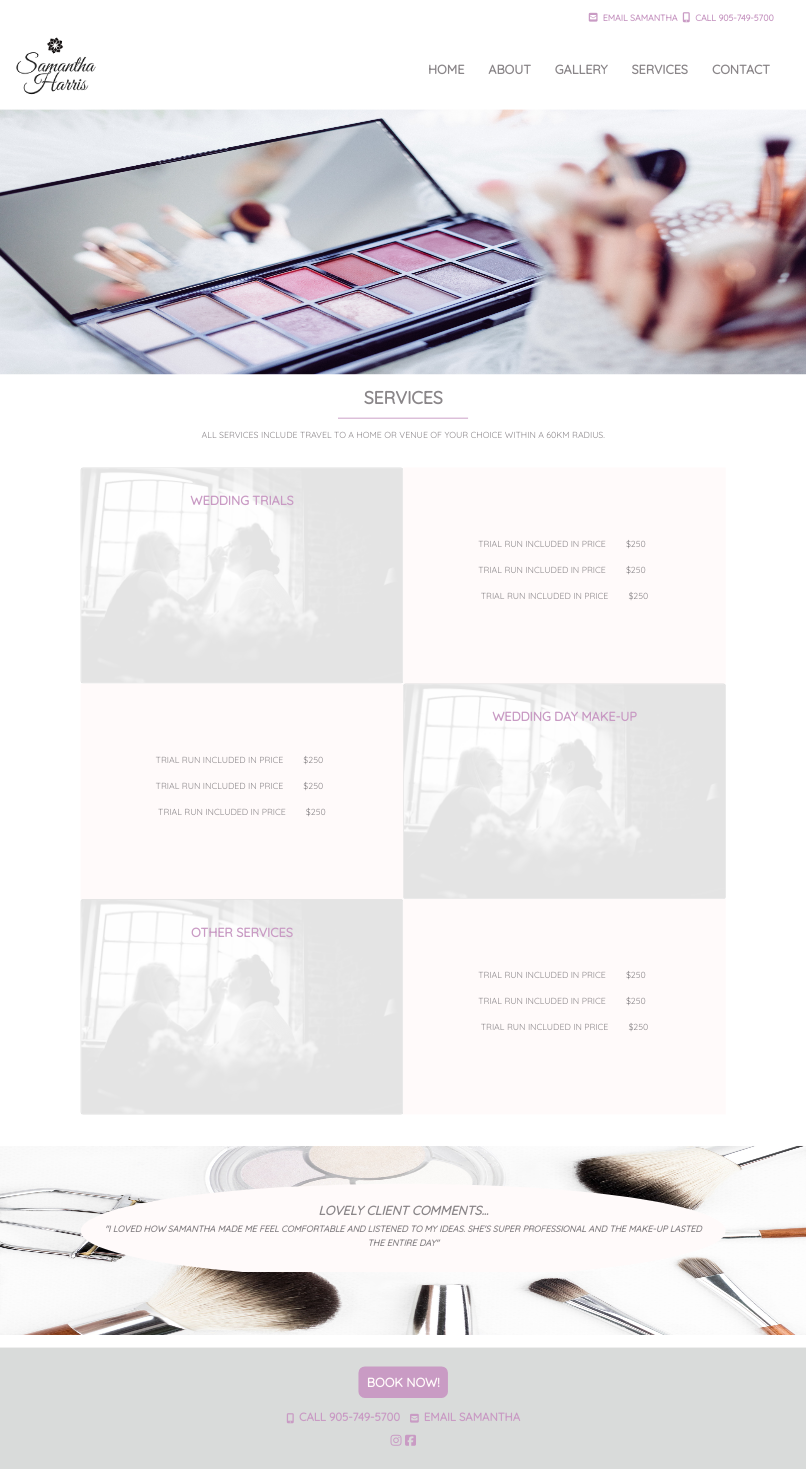
Repository: JayneyNix/milestone-1-UCFD
Page: services.html
The author's editor kept a record of every edit. The page is drawn from the files as they stood at one moment, then again after the next edit.
The browser window is 1280 px wide. The pictures show the whole page, at 63% of full size.
Some web libraries are served in a nearby version.

Above is the page before.

### services.html
<!DOCTYPE html>
<html lang="en">

<head>
    <meta charset="UTF-8">
    <meta name="viewport" content="width=device-width, initial-scale=1.0">
    <meta http-equiv="X-UA-Compatible" content="ie=edge">
    <title>Services | Professional Bridal Make-Up | Samantha Harris</title>
    <script src="https://code.jquery.com/jquery-3.3.1.slim.min.js" integrity="sha384-q8i/X+965DzO0rT7abK41JStQIAqVgRVzpbzo5smXKp4YfRvH+8abtTE1Pi6jizo" crossorigin="anonymous"></script>
    <link href="https://stackpath.bootstrapcdn.com/bootstrap/4.3.1/css/bootstrap.min.css" rel="stylesheet" integrity="sha384-ggOyR0iXCbMQv3Xipma34MD+dH/1fQ784/j6cY/iJTQUOhcWr7x9JvoRxT2MZw1T" crossorigin="anonymous" type="text/css">
    <link rel="stylesheet" href="https://cdnjs.cloudflare.com/ajax/libs/hover.css/2.3.1/css/hover-min.css" type="text/css">
    <link rel="stylesheet" href="https://fonts.googleapis.com/css?family=Quicksand">
    <script src="https://kit.fontawesome.com/26094534a3.js" crossorigin="anonymous"></script>
    <link rel="stylesheet" href="Assets/style.css" class="text/css">
</head>

<body>
    <!--Navigation-->

    <div class="fixed-header d-flex flex-row-reverse mt-2 pr-5 align-items-center">
        <div class="p-1 call-text mt-2">
            <a class="call-header" href="tel:905-749-5700" target="-blank">
                <h5 class="h5 headings"><span class="number">Call 905-749-5700</span></h5>
            </a>
        </div>
        <div class="p-1 call-icon"><a class="call-header" href="tel:905-749-5700" target="-blank"><i class="fas fa-mobile-alt" aria-hidden="true"></i></a>
        </div>
        <div class="p-1 email-text mt-2">
            <a class="email-header" href="mailto:bookings@samanthaharris.ca" target="-blank">
                <span class="call"><h5 class="h5 headings">Email Samantha</h5></span>
            </a>
        </div>
        <div class="p-1 email-icon"><a class="email-header" href="mailto:bookings@samanthaharris.ca" target="-blank"><i class="fas fa-envelope-square" aria-hidden="true"></i></a>
        </div>
    </div>


    <div class="container-fluid nav-container no-padding" role="navigation">
        <nav class="navbar navbar-light navbar-expand-lg">

            <a class="navbar-brand" href="index.html">
                <img src="Assets/logo.png" class="d-inline-block align-top"
      alt="samantha-harris-logo"/>
      </a>

            <button class="navbar-toggler ml-auto" type="button" data-toggle="collapse" data-target="#navbarNavDropdown" aria-controls="navbarNavDropdown" aria-expanded="false" aria-label="Toggle navigation">
          <span class="navbar-toggler-icon"></span>
      </button>
            <div class="collapse navbar-collapse" id="navbarNavDropdown">
                <ul class="navbar-nav navbar-default ml-auto">
                    <li class="nav-item">
                        <a class="nav-link active" href="index.html">Home</a>
                    </li>
                    <li class="nav-item">
                        <a class="nav-link" href="about.html">About</a>
                    </li>
                    <li class="nav-item">
                        <a class="nav-link" href="gallery.html">Gallery</a>
                    </li>
                    <li class="nav-item">
                        <a class="nav-link" href="services.html">Services</a>
                    </li>
                    <li class="nav-item last">
                        <a class="nav-link" href="contact.html">Contact</a>
                    </li>
                </ul><br>
            </div>
        </nav>
    </div>

    <!--Navigation-->

    <!--Introduction-->

    <div class="container-fluid services-main-banner no-padding">
        <div class="row no-gutters">
            <div class="col-sm-12">
                <img src="Assets/make-up-palette.jpg" class="img-fluid services-image w-100" alt="about-page-banner-image" />

            </div>
        </div>
    </div>

    <div class="container-fluid intro-section no-padding text-center">
        <div class="row no-gutters">
            <div class="col-sm-12 col-md-12-offset-3">
                <h1 class="h1 headings">Services</h1>
                <hr class="line">
                <p class="p headings">All services include travel to a home or venue of your choice within a 60km radius.</p><br>
            </div>

        </div>

    </div>

    <!--Introduction-->

    <!--Services Section-->

   <div class="container services-container text-center">
        <div class="row pricing-row d-flex justify-content-center no-gutter">
            <div class="card services-heading col-md-6 d-flex align-content-center flex-wrap">
                <img class="card-img img-fluid" src="Assets/make-up-artist-and-bride-facing-eachother.jpg" alt="card-background">
                <div class="card-img-overlay">
                    <h2 class="card-title h2 headings">Wedding Trials</h2>
                </div>
            </div>

            <div class="services-text col-md-6 col-sm-order-2 d-flex align-content-center flex-wrap">
                <ul class="list-inline p headings">
                    <li class="list-inline-item">Trial Run included in price</li>
                    <li class="list-inline-item">$250</li>
                    <li class="list-inline-item">Trial Run included in price</li>
                    <li class="list-inline-item">$250</li>
                    <li class="list-inline-item">Trial Run included in price</li>
                    <li class="list-inline-item">$250</li>
</ul>
            </div>
        </div>
        <div class="row pricing-row d-flex justify-content-center no-gutter">
            <div class="services-text col-md-6 col-sm-push-6 d-flex align-content-center flex-wrap">
                <ul class="list-inline p headings">
                    <li class="list-inline-item">Trial Run included in price</li>
                    <li class="list-inline-item">$250</li>
                    <li class="list-inline-item">Trial Run included in price</li>
                    <li class="list-inline-item">$250</li>
                    <li class="list-inline-item">Trial Run included in price</li>
                    <li class="list-inline-item">$250</li>
                    </ul>
            </div>

            <div class="card services-heading col-md-6 col-sm-push-6 d-flex align-content-center flex-wrap">
                <img class="card-img img-fluid" src="Assets/make-up-artist-and-bride-facing-eachother.jpg" alt="card-background">
                <div class="card-img-overlay">
                    <h2 class="card-title h2 headings">Wedding Day Make-Up</h2>
                </div>
            </div>
        </div>

        <div class="row pricing-row d-flex justify-content-center no-gutter">
            <div class="card services-heading col-md-6 d-flex align-content-center flex-wrap">
                <img class="card-img img-fluid" src="Assets/make-up-artist-and-bride-facing-eachother.jpg" alt="card-background">
                <div class="card-img-overlay">
                    <h2 class="card-title h2 headings">Other Services</h2>
                </div>
            </div>

            <div class="services-text col-md-6 col-sm-order-2 d-flex align-content-center flex-wrap">
                <ul class="list-inline p headings">
                    <li class="list-inline-item">Trial Run included in price</li>
                    <li class="list-inline-item">$250</li>
                    <li class="list-inline-item">Trial Run included in price</li>
                    <li class="list-inline-item">$250</li>
                    <li class="list-inline-item">Trial Run included in price</li>
                    <li class="list-inline-item">$250</li>
</ul>
            </div>
    </div>
    </div>


 <!--Services Section-->


    <!--Testimonials-->

    <div id="testimonial-carousel" class="carousel slide d-none d-md-block" data-ride="carousel">
        <div class="carousel-inner">
            <div class="carousel-item active">
                <img class="carousel-image d-block w-100" src="Assets/cosmetic-brushes.png" alt="Slide-One">
                <div class="carousel-caption d-none d-md-block height-auto">
                    <div class="box">
                        <h2 class="h2 headings carousel-heading align-items-center justify-content-center">Lovely client comments...</h2>
                        <p class="p headings carousel-text">"Sam was awesome from the moment I met her I knew I didn't want anyone else to do my make-up! I felt so confident and beautiful but still like me"
                        </p>
                    </div>
                </div>
            </div>

            <div class="carousel-item">
                <img class="carousel-image d-block w-100" src="Assets/cosmetic-brushes.png" alt="Slide-Two">
                <div class="carousel-caption d-none d-md-block">
                    <div class="box">
                        <h2 class="h2 headings carousel-heading align-items-center justify-content-center">Lovely client comments...</h2>
                        <p class="p headings carousel-text">"I loved how Samantha made me feel comfortable and listened to my ideas. She's super professional and the make-up lasted the entire day"
                        </p>
                    </div>
                </div>
            </div>
            <div class="carousel-item">
                <img class="carousel-image d-block w-100" src="Assets/cosmetic-brushes.png" alt="Slide-Three">
                <div class="carousel-caption d-none d-md-block">
                    <div class="box">
                        <h2 class="h2 headings carousel-heading align-items-center justify-content-center">Lovely client comments...</h2>
                        <p class="p headings carousel-text">"I was looking for someone who uses natural products and the latest techniques and Samantha was knowledgeable, experienced and wasn't flustered with our party of 7!"
                        </p>
                    </div>
                </div>
            </div>
        </div>
    </div>

    <!--Testimonials-->

    <!--Footer-->

    <footer class="container-fluid footer-container no-padding">

        <div id="footer" class="row">
            <div class="col-sm-12">
                <div class="action">
                    <btn class="footer-button">
                        <a class="contact-link" href="contact.html">
                            <h2 class="h2 headings footer-items">BOOK NOW!</h2>
                        </a>
                    </btn>
                </div>

                <div class="d-flex flex-row justify-content-center mt-3">

                    <div class="p-1 call-icon"><a class="call-header" href="tel:905-749-5700" target="-blank"><i class="fas fa-mobile-alt" aria-hidden="true"></i></a>
                    </div>
                    <div class="p-1 call-text mr-2">
                        <a class="call-contact" href="tel:905-749-5700" target="-blank">
                            <h3 class="h3 headings">Call 905-749-5700</h3>
                        </a>
                    </div>
                    <div class="p-1 email icon"><a class="email-header" href="mailto:bookings@samanthaharris.ca" target="-blank"><i class="fas fa-envelope-square" aria-hidden="true"></i></a>
                    </div>
                    <div class="p-1 email-text">
                        <a class="email-contact" href="mailto:bookings@samanthaharris.ca" target="-blank">
                            <h3 class="h3 headings">Email Samantha</h3>
                        </a>
                    </div>
                </div>

                <div class="col-sm-12">
                    <div class="social"></div>
                    <a class="insta" href="https://www.instagram.com" target="-blank"><i class="fab fa-instagram" aria-hidden="true"></i>
                    </a>
                    <a class="facebook" href="https://www.facebook.com" target="-blank"><i class="fab fa-facebook-square" aria-hidden="true"></i></a>
                </div>
            </div>
        </div>
    </footer>

    <!--Footer-->
    <script src="https://cdnjs.cloudflare.com/ajax/libs/jquery/3.4.1/jquery.slim.min.js"></script>
    <script src="https://cdnjs.cloudflare.com/ajax/libs/popper.js/1.15.0/umd/popper.min.js"></script>
    <script src="https://cdnjs.cloudflare.com/ajax/libs/twitter-bootstrap/4.3.1/js/bootstrap.min.js"></script>
</body>

</html>

### Assets/style.css
/*Typography*/

.headings {

    font-family: Quicksand, sans-serif;
    text-transform: uppercase;
    font-weight: bold;
}

.h1 {
    font-size: 28px;
    color: #8a8689;
    font-weight: bold;
}

.h2 {
    font-size: 20px;
    font-weight: bold;
}

.h3 {
    font-size: 18px;
    color: #8a8689;
}

.h4 {
    font-size: 16px;
}

.h5 {
    font-size: 14px;
    color: #8a8689;
}

.p {
    font-size: 14px;
    color: #8a8689;
    font-weight: normal;
}

.line {
    border-style: solid;
    border-width: 1px;
    border-color: #c99bc4;
    width:20%;
    background-position: center;
    background-repeat: no-repeat;
}

/*Typography*/


/*Contact Header*/

.p-1 .email-header {
    color: #c99bc4;
    text-decoration: none;
}

.p-1 .call-header {
    color: #c99bc4;
    text-decoration: none;
}

.p-1 .email-header:hover {
    color: #8a8689;
}

.p-1 .call-header:hover {
    color: #8a8689;
}

.p-1 .h5 {
    color: #c99bc4;
}

.p-1 .h5:hover {
    color: #8a8689;
}

/*Contact Header*/


/*--Navigation--*/

.nav-container {
    padding-right: 20px;
    padding-left: 0;
}

.navbar {
    background-color: #fff;
    padding: 0;
}

.navbar-brand {
    padding-left: 20px;
    padding-bottom: 20px;
    background-size: cover;
    width: 150;
    height: 150;
}

.navbar-nav {
    padding-right: 30px;
}

.nav-item {
    padding: 20;
}

.nav-link {
    font-family: "Quicksand", sans-serif;
    font-size: 20px;
    font-weight: bold;
    text-decoration: none;
    text-transform: uppercase;
    color: #8a8689!important;
    vertical-align: middle;
    padding-left: 30px!important;
}

.nav-link:hover {
    color: #c99bc4!important;
    transform: scale(1.25);
    transition: ease-in-out;
    transition-duration: 0.3s;
}

.navbar-light .navbar-toggler {
    padding-right: 30px;
    border: 0;
    font-weight: bold;
}

  .navbar-toggler:focus, .navbar-toggler:active {
    outline: none;
    box-shadow: none;
    color: #c99bc4;
  }

@media (max-width: 992px) {
    #navbarNavDropdown {
        text-align: center;
    }
}

/*--Navigation--*/


/*--Footer*/

.container-fluid .footer-container {
    display: inline-block;
    font-size: 0;
}

#footer {
    background-color: #d9dbda;
    text-align: center;
    padding-top: 30px;
    padding-bottom: 30px;
}

.footer-button {
    position: relative;
    display: inline-block;
    font-family: "Quicksand", sans-serif;
    font-size: 20px;
    font-weight: bolder;
    text-transform: uppercase;
    vertical-align: middle;
    border: 3px solid #c99bc4;
    border-radius: 10px;
    padding: 10px;
    text-align: center;
    background-color: #c99bc4;
}

.footer-button .contact-link {
    text-decoration: none;
}

.footer-items {
    color: #fffafa;
    font-weight: bold;
    vertical-align: middle;
    margin: 0;
}

.footer-items:hover {
    color: #8a8689;
    transform: scale(1.1);
    transition: ease-in-out;
    transition-duration: 0.5s;
}

.call-contact .h3 {
    color: #c99bc4;
    text-decoration: none;
}

.a .call-contact {
    text-decoration: none;
}

.email-contact .h3 {
    color: #c99bc4;
    text-decoration: none;
}

.a .email-contact {
    text-decoration: none;
}

.call-contact .h3:hover {
    color: #8a8689;
}

.email-contact .h3:hover {
    color: #8a8689;
}

.insta {
    color: #c99bc4;
    font-size: 20px;
}

.facebook {
    color: #c99bc4;
    font-size: 20px;
}

.insta:hover {
    color: #8a8689;
    text-decoration: none;
}

.facebook:hover {
    color: #8a8689;
    text-decoration: none;
}

/*--Footer*/


/*--Homepage Section 1 - Banner & Intro*/

.home-main-banner {
    max-width: 100%;
    height: 100%;
    padding: 0px 0px 20px;
    margin: 0;
    font-size: 0;
}

#home-main-intro {
    padding: 0;
    margin: 0;
}

.intro-section {
    padding: 0;
    width: 80%;
}

/*--End Homepage Section 1 - Banner & Intro*/


/*--Homepage Section 2 - Testimonials*/

#testimonial-carousel {
    display: block;
    padding: 0;
    font-size: 0;
    margin-bottom: 20px;
    height: 300px;
}

.carousel-image {
    height: 300px;
}

.carousel-caption {
    position: absolute;
    left: 50%;
    top: 40%;
    transform: translate(-50%, -50%);
    overflow: hidden;
    width: 80%;
}

.carousel-heading {
    color: #8a8689;
    font-style: italic;
    font-weight: bolder;
}

.carousel-text {
    font-style: italic;
    font-weight: bolder;
}

.box {
    border: 0px transparent;
    border-radius: 50%;
    background-color: #fffafa;
    padding: 30px;
}

/*--End Homepage Section 2 - Testimonials*/


/*--Gallery--*/

.gallery-container {
    padding-bottom: 20px;
}

/*--End Gallery--*/


/*--Contact Page--*/

.contact-main-banner {
    max-width: 100%;
    padding: 0px 0px 20px;
    margin: 0;
    font-size: 0;
}

.contact-image {
    height: 420px;
}

.contact-intro {
    padding: 0;
    margin: 0;
}

.contact-container {
    width: 100%;
    padding-bottom: 20px;
    margin: 20px 0px;
    padding-left: 0;
    padding-right: 0;
    vertical-align: middle;
    background-color: #fffafa;
}

.row-top {
    padding-top: 40px;
}

.row-second-section  {
    padding-top: 20px;
}

.row-bottom {
    padding-top:20px;
}

.send-btn {
    vertical-align: middle;
    border: 3px solid #c99bc4;
    border-radius: 10px;
    padding: 10px;
    text-align: center;
    background-color: #c99bc4;
    color: #fffafa;
    font-weight: bolder;
}

.send-btn:hover {
    color: #8a8689;
    transform: scale(1.1);
    transition: ease-in-out;
    transition-duration: 0.5s;
}

.form-control::placeholder {
    font-family: Quicksand, 'sans-serif';
    font-size: 14px;
    font-style: italic;
    font-weight: bold;
    text-transform: uppercase;
    color:#8a8689;
}

::-webkit-datetime-edit-text {
    color: #8a8689;
    padding: 0 0.3em;
    text-transform: uppercase;
    font-family: Quicksand, 'sans-serif';
    font-size: 14px;
    font-style: italic;
    font-weight: bold;
    }

/*--End Contact Page--*/


/*--About Page--*/

.about-main-banner {
    max-width: 100%;
    padding: 0px 0px 20px;
    margin: 0;
    font-size: 0;
}

.about-image {
    height: 420px;
}

.about-container {
    margin-bottom: 20px;
}

.about-text {
    margin-right: 10px;
}

.about-heading {
    margin-bottom: 20px;
}

.about-photo {
    display:inline-block;
}

.ul{
    list-style: none;
}

.ul .li:before {

    background-color: #c99bc4;
    border-radius: 50%;
    display: inline-block;
    margin-right: 10px;
    margin-bottom: 2px;
    height: 10px;
    width: 10px;
    content: "\f105";
}

/*--About Page--*/


/*--Services Page--*/

.services-container {

    width: 80%;
    margin-bottom: 50px;
    height:auto;
}

.services-main-banner {
    max-width: 100%;
    padding: 0px 0px 20px;
    margin: 0;
    font-size: 0;
}

.services-image {
    height:420px;
}


.services-heading {
    padding:0;
    margin:0;
}

  .card-img {
    width: 100%;
    height:100%;
    opacity: 0.1;
}

.card-img-overlay .card-title {
    font-weight: bolder;
    color: #c99bc4;
    margin-top: 20px;
}

.card {
    height: auto;

}

.services-text {
    width:100%;
    background-color: #fffafa;
}


.list-inline {
    text-align: center;
    vertical-align: middle;
}

.list-inline-item {
    padding: 10px;
}

.pricing-row {
    height:auto;
}

/*--Services Page--*/

After the next edit:
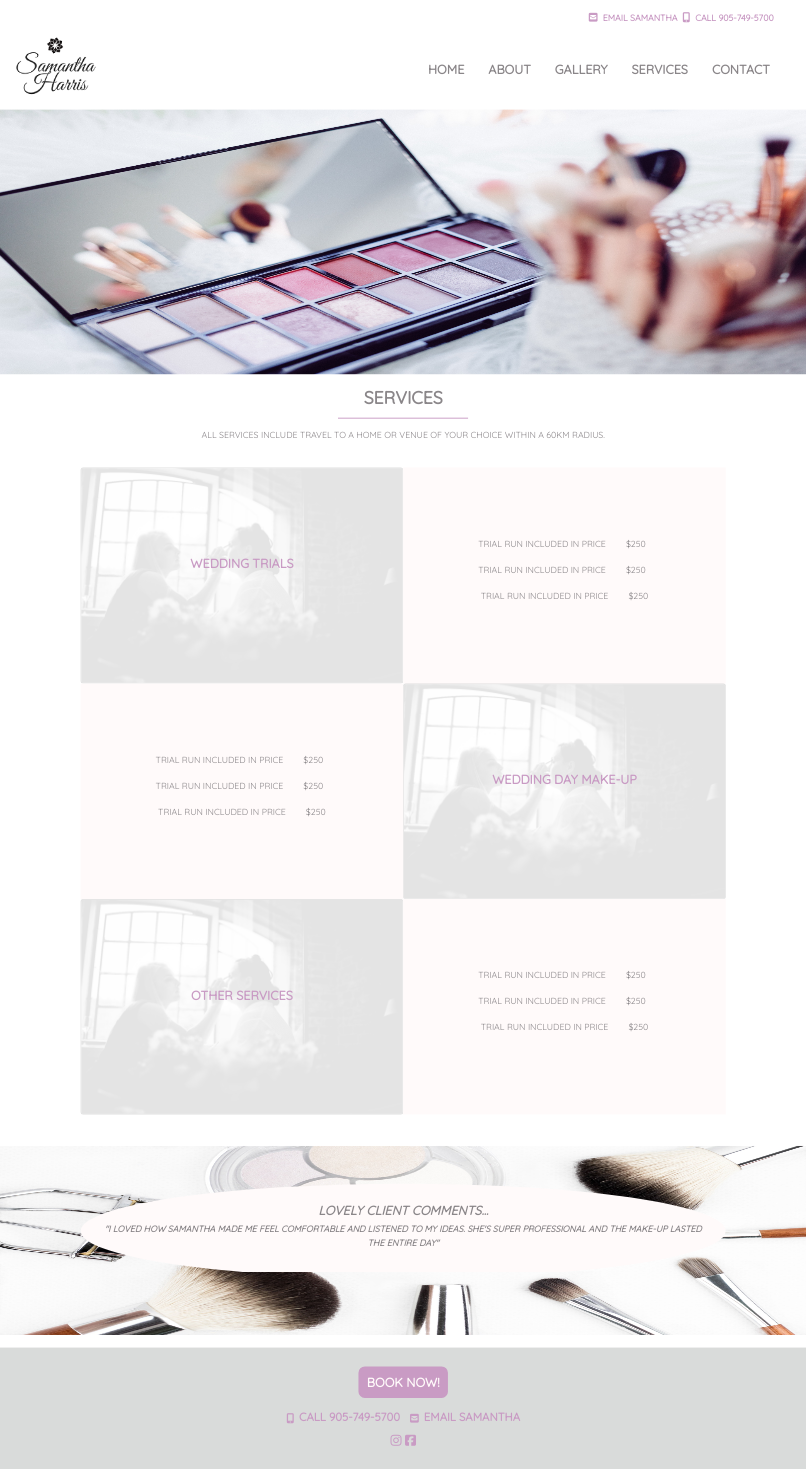
The edit:
--- a/Assets/style.css
+++ b/Assets/style.css
@@ -483,7 +483,7 @@
 .card-img-overlay .card-title {
     font-weight: bolder;
     color: #c99bc4;
-    margin-top: 20px;
+    margin-top: 120px;
 }
 
 .card {
